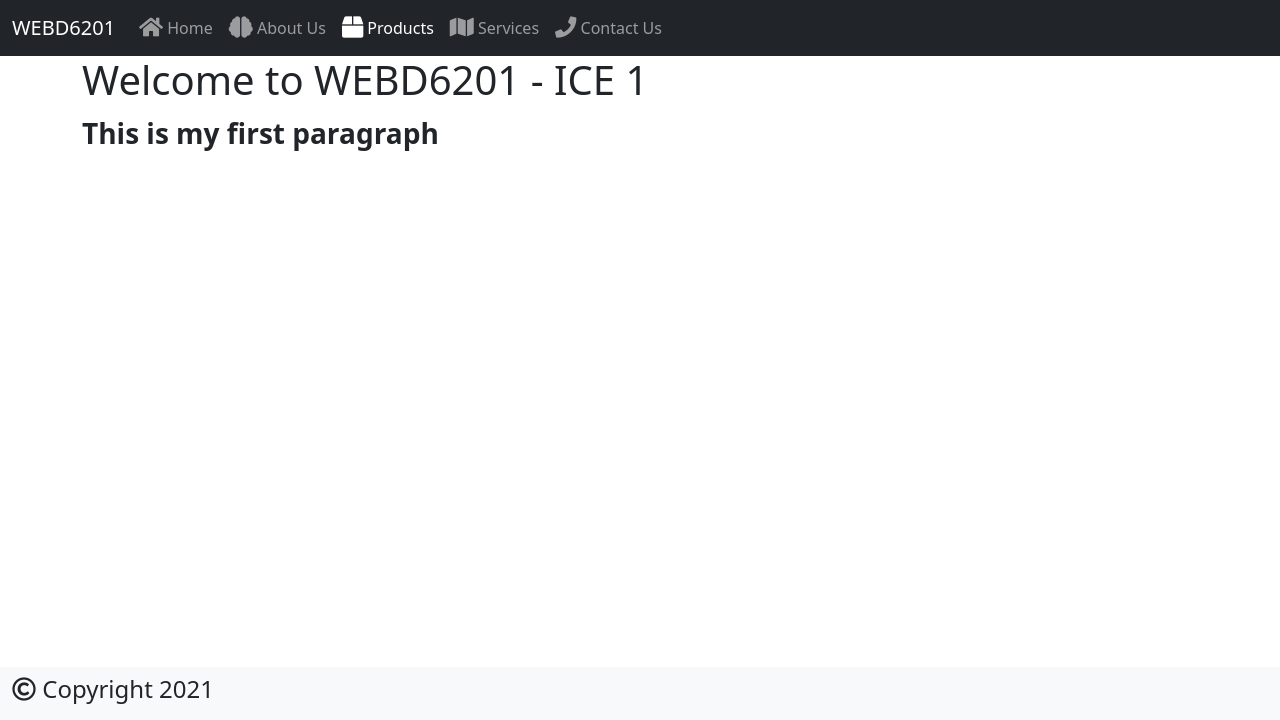
Repository: AshokSasi/WEBD6201-Week3
Page: products.html
These files come from the project's save history. The page is drawn as it stood at one moment and after the next save; the edit follows.
The browser window is 1280 px wide. The pictures show the whole page.

Above is the page before, as saved 2021-01-21 09:58:21.

### products.html
<!DOCTYPE html>
<html lang="en">
<head>
    <meta charset="UTF-8">
    <meta name="viewport" content="width=device-width, initial-scale=1.0">
    <title>Products</title>
    <!-- CSS Section-->
    <link rel="stylesheet" href="./Content/app.css">
    <link rel="stylesheet" href="./node_modules/bootstrap/dist/css/bootstrap.min.css">
    <link rel="stylesheet" href="./node_modules/@fortawesome/fontawesome-free/css/all.min.css">
</head>
<body>
  <!-- Main Header -->
    <header>
      <!--main navbar-->
        <nav class="navbar navbar-expand-lg navbar-dark bg-dark">
            <div class="container-fluid">
              <a class="navbar-brand" href="index.html">WEBD6201</a>
              <button class="navbar-toggler" type="button" data-bs-toggle="collapse" data-bs-target="#navbarSupportedContent" aria-controls="navbarSupportedContent" aria-expanded="false" aria-label="Toggle navigation">
                <span class="navbar-toggler-icon"></span>
              </button>
              <div class="collapse navbar-collapse" id="navbarSupportedContent">
                <ul class="navbar-nav me-auto mb-2 mb-lg-0">
                  <li class="nav-item">
                    <a class="nav-link" aria-current="page" href="index.html"><i class="fas fa-home fa-lg"></i> Home</a>
                  </li>
                  <li class="nav-item">
                    <a class="nav-link" aria-current="page" href="about.html"><i class="fas fa-brain fa-lg"></i> About Us</a>
                  </li>
                  <li class="nav-item">
                    <a class="nav-link active" aria-current="page" href="products.html"><i class="fas fa-box fa-lg"></i> Products</a>
                  </li>
                  <li class="nav-item">
                    <a class="nav-link" aria-current="page" href="services.html"><i class="fas fa-map fa-lg"></i> Services</a>
                  </li>
                  <li class="nav-item">
                    <a class="nav-link" aria-current="page" href="contact.html"><i class="fas fa-phone fa-lg"></i> Contact Us</a>
                  </li>
                </ul>

              </div>
            </div>
          </nav>
    </header>

    <!-- Main Content-->
    <main class="container">
        <h1>Products</h1>

        <p id="paragraphOne"></p>
    </main>

    <!--Main Footer Nav -->
    <footer>
        <nav class="navbar fixed-bottom navbar-light bg-light">
            <div class="container-fluid">
              <h4><i class="far fa-copyright"></i> Copyright 2021</h4>
            </div>
          </nav>
    </footer>

    <!--Javascript section-->
    <script src="./Scripts/app.js"></script>
    <script src="./node_modules/jquery/dist/jquery.min.js"></script>
    <script src="./node_modules/bootstrap/dist/js/bootstrap.bundle.min.js"></script>
</body>
</html>

### Scripts/app.js

//IIFE Immediately Function Expression
//AKA - Anonymous Self- Executing Function
//Closure - Limits scop leak

"use strict";

(function()
{
    function Start()
    {
        console.log("App started ...");
        let paragraphOneText = "This is a simple site to demonstrate DOM manipulation for ICE 1";

        let paragraphOneElement = document.getElementById("paragraphOne");

        paragraphOneElement.textContent= paragraphOneText;
        paragraphOneElement.className="fs-5";

        // Step 1: document.createElement
        let newParagraph  = document.createElement("p");
        // Step 2: Configure the element
        newParagraph.setAttribute("id","paragraphTwo");
        newParagraph.textContent = "... And this is paragraph two";
        // Step 3: Select the parent element
        let mainContent = document.getElementsByTagName("main")[0];
        // Step4: Add/Insert the element
        mainContent.appendChild(newParagraph);

        newParagraph.className = "fs-6";

        //another way of injecting content
       let paragraphDiv = document.createElement("div");
       let paragraphThree= `<p id="paragraphThree" class="fs-7 fw-bold">And this is the third paragraph</p>`;
        paragraphDiv.innerHTML = paragraphThree;

        //example of inserting before a node.
      //  newParagraph.before(paragraphDiv)

      //example of inserting after a node.
      newParagraph.after(paragraphDiv);

      //delete elements
      //paragraphOneElement.remove();

      //example of remove child
      mainContent.removeChild(paragraphOneElement);

      //update / modification
     // mainContent.firstElementChild.textContent = "Welcome Home";

     mainContent.innerHTML =
     `<h1 id="firstHeading">Welcome to WEBD6201 - ICE 1</h1>
     <p id="paragraphOne" class="fs-3 fw-bold">This is my first paragraph</p>
     `


    }
    window.addEventListener("load", Start);
})();

Loaded but not shown: node_modules/bootstrap/dist/css/bootstrap.min.css (library); node_modules/@fortawesome/fontawesome-free/css/all.min.css (library); node_modules/jquery/dist/jquery.min.js (library); node_modules/bootstrap/dist/js/bootstrap.bundle.min.js (library); Content/app.css (no stored copy; drawn as an empty file)

After the next save:
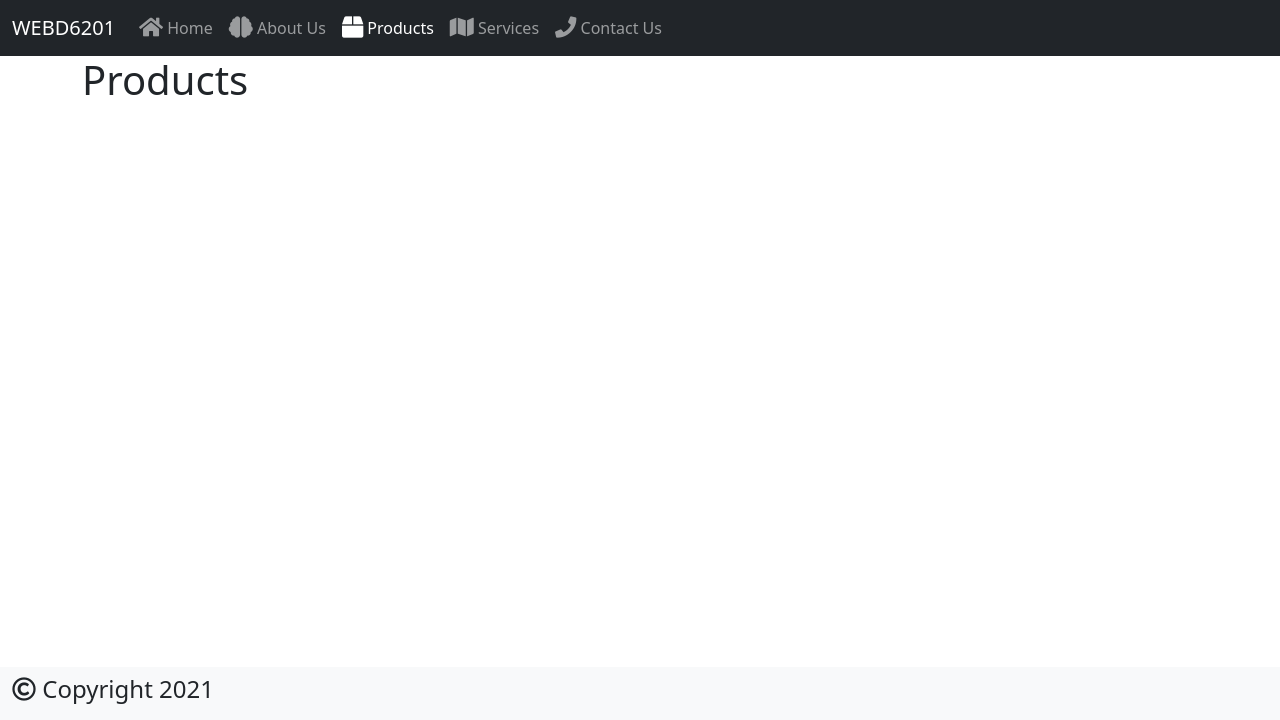
Console error: TypeError: Cannot set properties of null (setting 'textContent')
Saved 4 s later.
--- a/products.html
+++ b/products.html
@@ -47,7 +47,7 @@
     <main class="container">
         <h1>Products</h1>
 
-        <p id="paragraphOne"></p>
+
     </main>
 
     <!--Main Footer Nav -->
